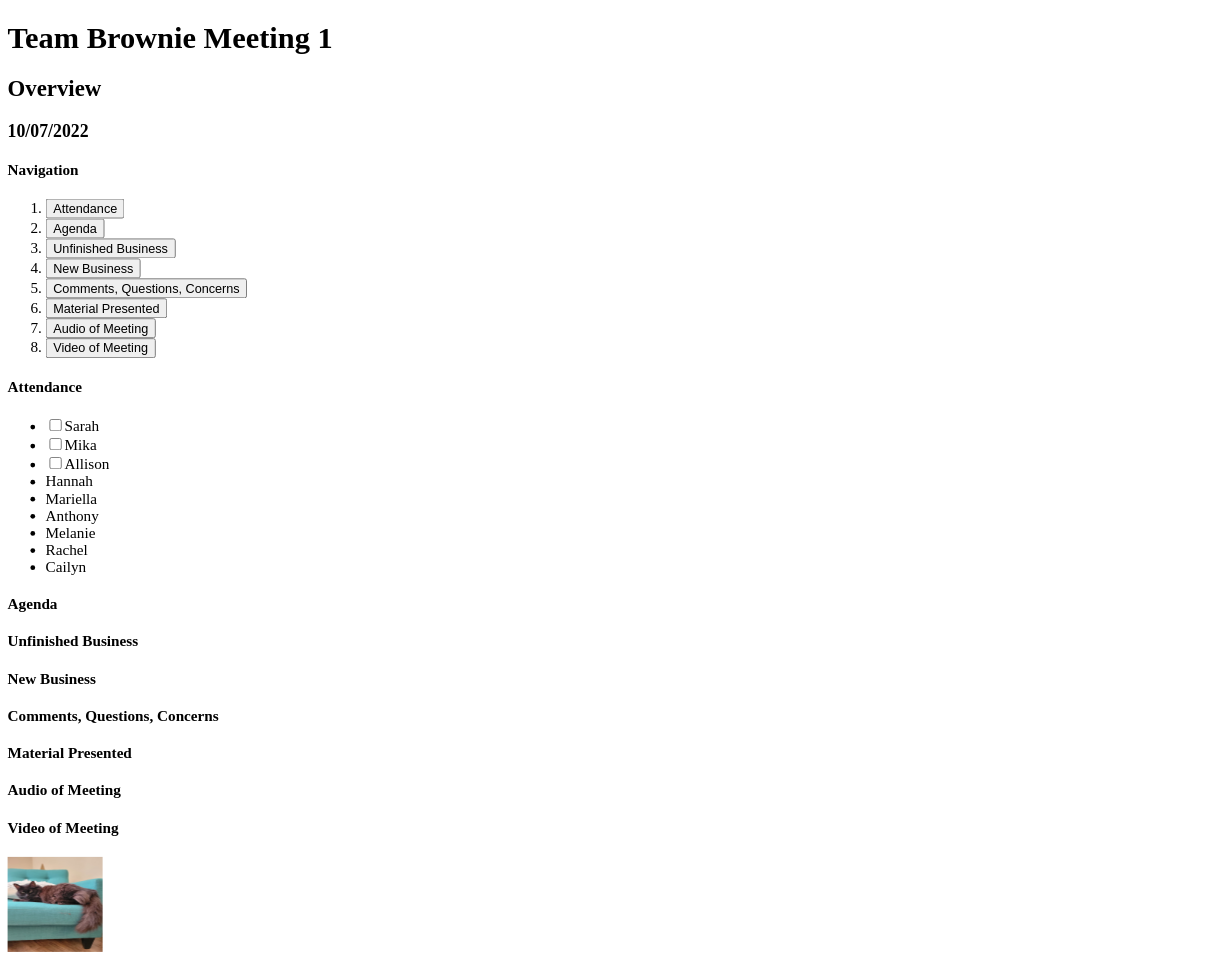
Repository: sarahtthomson/fa22-cse110-lab3
Page: index.html
These files come from the project's save history. The page is drawn as it stood at one moment and after the next save; the edit follows.
The browser window is 1280 px wide. The pictures show the whole page, at 95% of full size.

Above is the page before, as saved 2022-10-07 16:51:27.

After the next save:
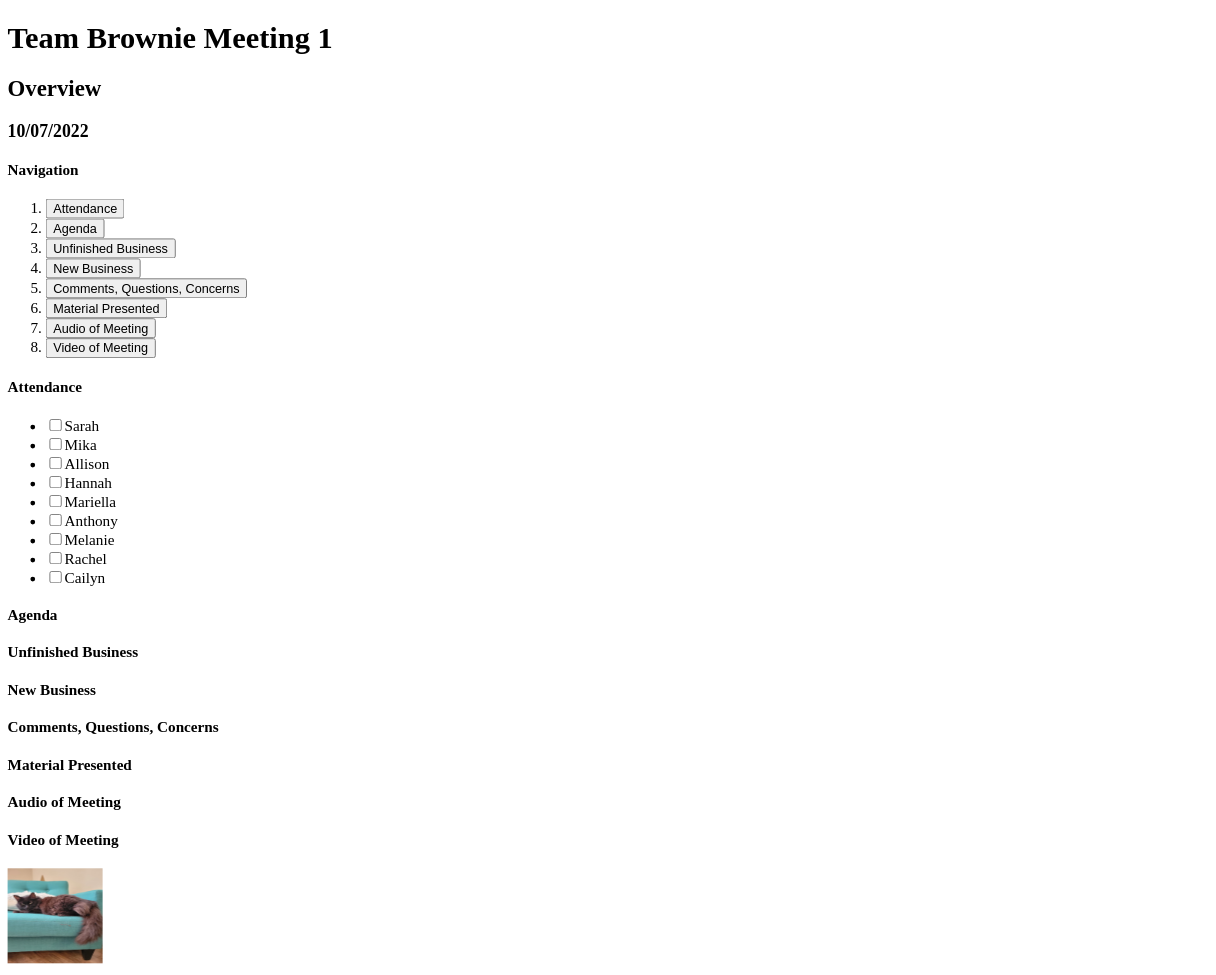
Saved 11 min 37 s later.
--- a/index.html
+++ b/index.html
@@ -31,12 +31,12 @@
                     <li><input type="checkbox">Sarah</li>
                     <li><input type="checkbox">Mika</li>
                     <li><input type="checkbox">Allison</li>
-                    <li>Hannah</li>
-                    <li>Mariella</li>
-                    <li>Anthony</li>
-                    <li>Melanie</li>
-                    <li>Rachel</li>
-                    <li>Cailyn</li>
+                    <li><input type="checkbox">Hannah</li>
+                    <li><input type="checkbox">Mariella</li>
+                    <li><input type="checkbox">Anthony</li>
+                    <li><input type="checkbox">Melanie</li>
+                    <li><input type="checkbox">Rachel</li>
+                    <li><input type="checkbox">Cailyn</li>
                 </ul>
             </div>
             <div class="Agenda" id="Agenda">
